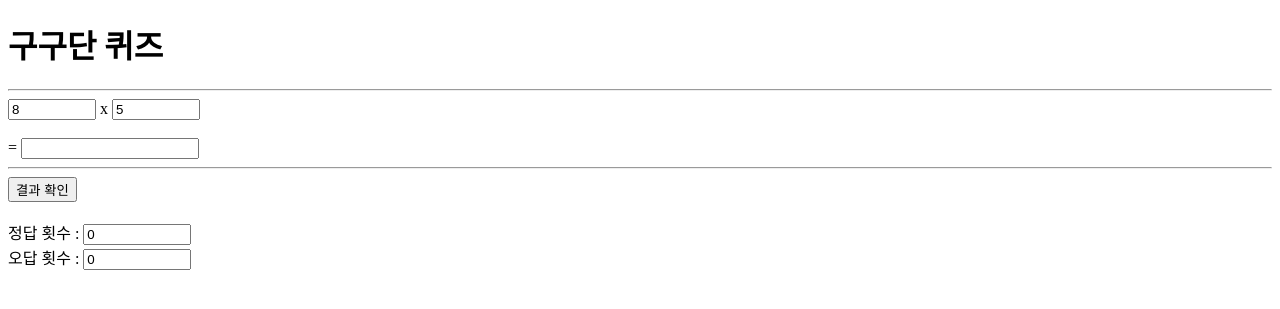
Repository: Baechangho/JavaBasic
Page: workspace_web/Front/src/main/webapp/event/gugudan_quiz.html
These files come from the project's save history. The page is drawn as it stood at one moment and after the next save; the edit follows.
The browser window is 1280 px wide. The pictures show the whole page.

Above is the page before, as saved 2023-08-09 00:41:54.

After the next save:
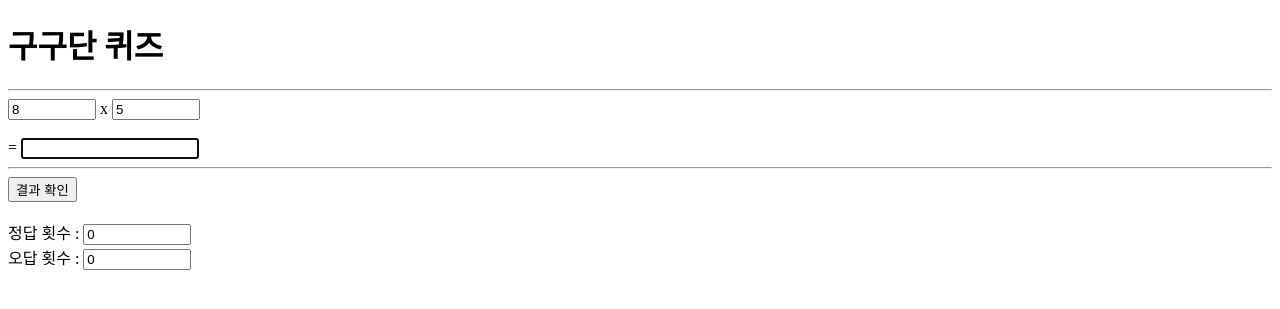
Saved 49 s later.
--- a/workspace_web/Front/src/main/webapp/event/gugudan_quiz.html
+++ b/workspace_web/Front/src/main/webapp/event/gugudan_quiz.html
@@ -55,6 +55,10 @@ function init(){
 
 	//정답 입력창 지우기
 	answer.value = ''
+
+	//정답 입력창에 focus 주기
+	answer.focus()
+
 }
 
 //start부터 시작해서 count개수의 범위로 랜덤 숫자 변환
